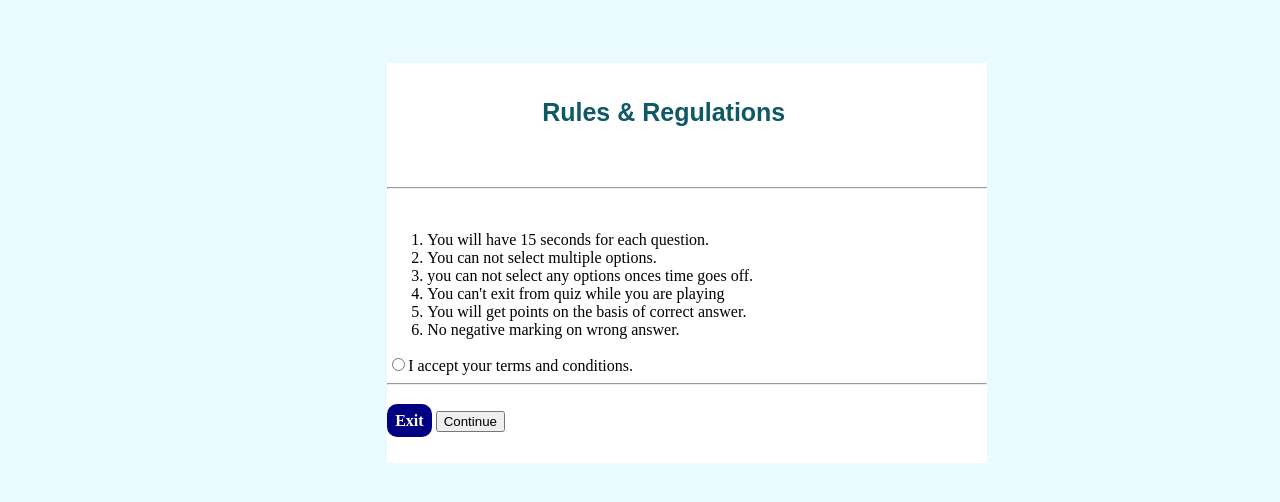
Repository: Rupali-8062Chourasiya5279/Internship_Task_Rupali
Page: Programming Language/quiz/QuizApp/src/main/webapp/rules.html
An editor plug-in stored every save of this project. The page is shown before and after the next save, followed by the edit.
The browser window is 1280 px wide. The pictures show the whole page.

Above is the page before, as saved 2025-01-24 11:59:09.

### Programming Language/quiz/QuizApp/src/main/webapp/rules.html
<!DOCTYPE html>
<html>
<head>
<meta charset="UTF-8">
<title>Rules</title>
<style>
 #div1
 {
 margin-left:30%;
 margin-top:5%;
 height:400px;
 width:600px;
background-color: white;
 }
 h3
 {
 padding:35px;
 font: bold;
 color: #0f5866;
 font-family: sans-serif;
 font-size: 25px;
 margin-left: 20%;
 }
 a{
 text-decoration: none;
 background-color: navy;
 padding: 8px;
 color: white;
 border-radius: 10px;
 font-family: fantasy;
 font-weight: bold;
 }
 body
 {
 background-color: #e9fbfe;
 }

</style>
</head>
<body>
	<form action="First.html">
	<div id="div1">
	<h3>Rules & Regulations</h3>
	<hr>
	<br>
	<ol id="li">
	<li>You will have 15 seconds for each question.</li>
	<li>You can not select multiple options.</li>
	<li>you can not select any options onces time goes off.</li>
	<li>You can't exit from quiz while you are playing </li>
	<li>You will get points on the basis of correct answer.</li>
	<li>No negative marking on wrong answer.</li>
	</ol>
	<input type="radio" required>I accept your terms and conditions.</input>
	<br>
	<hr>
	<br>
	<a href="Home.html">Exit</a>
	<input type="submit" value="Continue">
	</div>
	</form>
</body>
</html>

After the next save:
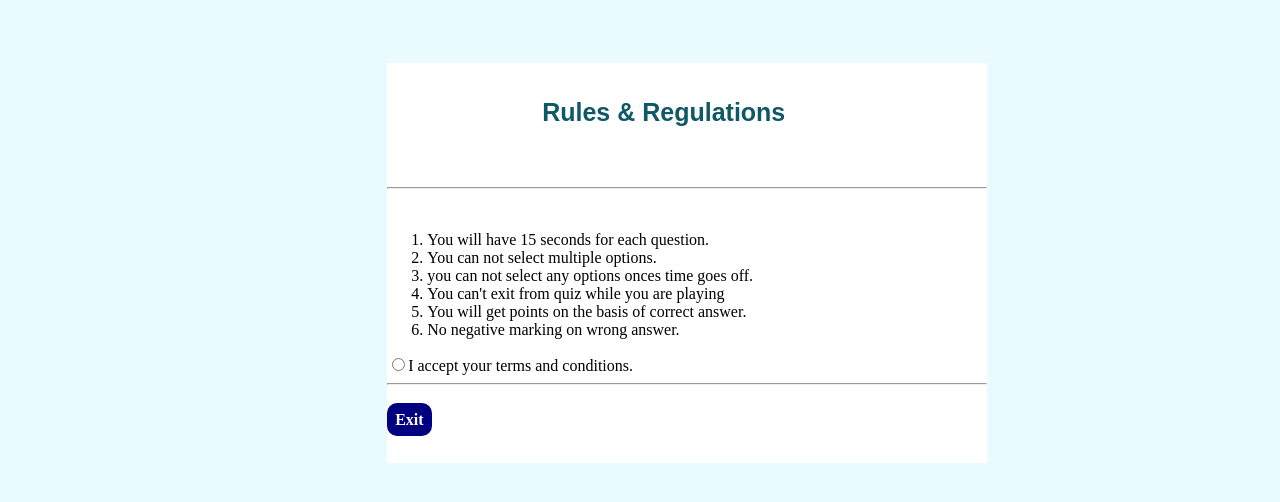
Saved 24 s later.
--- a/Programming Language/quiz/QuizApp/src/main/webapp/rules.html
+++ b/Programming Language/quiz/QuizApp/src/main/webapp/rules.html
@@ -56,8 +56,8 @@ background-color: white;
 	<hr>
 	<br>
 	<a href="Home.html">Exit</a>
-	<input type="submit" value="Continue">
-	</div>
+<!-- 	<input type="submit" value="Continue">
+ -->	</div>
 	</form>
 </body>
 </html>
